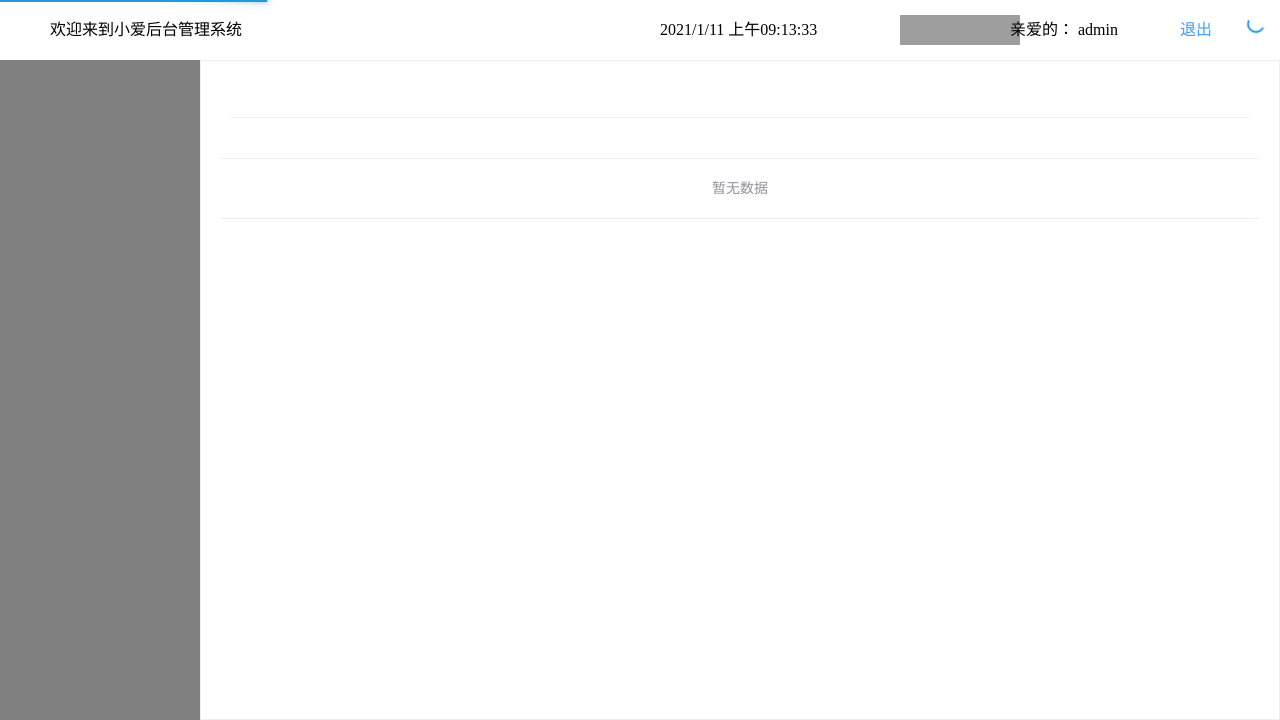
Repository: heyegang/vuex
Page: /usermanagement
An editor plug-in stored every save of this project. The page is shown before and after the next save, followed by the edit.
The browser window is 1280 px wide. The pictures show the whole page.
Pictures or frames that could not be fetched are drawn as grey boxes. The page's requests for data from a server got no answer. The project was rebuilt for these pictures with package versions that can differ from the ones it lists, and the page was loaded fresh each time. No one was signed in, and anything a server would have sent is missing. Also part of the build but not shown: vue.config.js, src/views/Home.vue, src/components/navsidebar/NavSidebar.vue, src/components/aifrom/Aifrom.vue.

Above is the page before, as saved 2021-01-11 15:11:47.

### src/main.js
import Vue from "vue";
import App from "./App.vue";
import router from "./router";
import store from "./store";
import ElementUI from "element-ui";
import "element-ui/lib/theme-chalk/index.css"

Vue.use(ElementUI)
Vue.config.productionTip = false;

new Vue({
  router,
  store,
  render: h => h(App)
}).$mount("#app");

### src/App.vue
<template>
  <div id="app">
    <router-view />
  </div>
</template>

<style lang="scss">
*{
  margin: 0;
  padding: 0;
}
html,body,#app{
  height: 100%;
}
</style>

### src/router/index.js
import Vue from "vue";
import VueRouter from "vue-router";
import Home from "../views/Home.vue";
import Layout from "../views/layout/Layout.vue";

Vue.use(VueRouter);

const routes = [
  {
   path:"",
  component:Layout,
  children:[{
    path: "/",
    name: "Home",
    component: Home
  },
  {
    path: "/usermanagement",
    name: "usermanagement",
    component: () => import('../views/usermanagement/UserManagement.vue')
  },

  ]},
  {
    path: "/login",
    name: "login",
    component: () => import('../views/login/Login.vue')
  },
];

const router = new VueRouter({
  mode: "history",
  base: process.env.BASE_URL,
  routes
});

export default router;

### src/store/index.js
import Vue from "vue";
import Vuex from "vuex";
import user from "./user";
import layout from "./layout";
import Administration from "./Administration/Administration"
Vue.use(Vuex);

export default new Vuex.Store({
  state: {
    // 存放数据
  },
  mutations: {
    // 同步修改state
  },
  actions: {},
  modules: {
    // 代表模块
    user,
    layout,
    Administration,
  }
});

### src/views/layout/Layout.vue
<template>
  <div>
    <el-container>
      <el-header>
        <nav-header></nav-header>
      </el-header>
      <el-container>
        <el-aside width="200px">
          <nav-sidebar :layouts='layouts' v-if='layouts.length>0'></nav-sidebar>
        </el-aside>
        <el-main>
          <nav-label></nav-label>
          <router-view></router-view>
        </el-main>
      </el-container>
    </el-container>
  </div>
</template>

<script>
import NavHeader from "../../components/navheader/NavHeader";
import NavSidebar from "../../components/navsidebar/NavSidebar";
import NavLabel from "../../components/navlabel/NavLabel";
import {createNamespacedHelpers} from 'vuex'
let userModule = createNamespacedHelpers('layout')
let {mapState: layoutState,mapActions: layoutActions} = userModule
export default {
  name: "",
  props: {},
  data() {
    return {
      sidebars:[]
    };
  },
  components: {
    NavHeader,
    NavSidebar,
    NavLabel,
  },
  methods: {
    ...layoutActions(['gettype'])
  },
  mounted() {
    this.gettype()
  },
  computed: {
    ...layoutState(['layouts'])
  },
  watch: {}
};
</script>

<style lang='scss' scoped>
.el-header,
.el-footer {
  line-height: 60px;
}

.el-aside {
  position: fixed;
  top: 60px;
  bottom: 0;
  background-color: gray;
}

.el-main {
  position: fixed;
  bottom: 0;
  right: 0;
  top: 60px;
  left: 200px;
  border: 1px solid #eeeeee;
}

body > .el-container {
  margin-bottom: 40px;
}

.el-container:nth-child(5) .el-aside,
.el-container:nth-child(6) .el-aside {
  line-height: 260px;
}

.el-container:nth-child(7) .el-aside {
  line-height: 320px;
}
</style>

### src/views/usermanagement/UserManagement.vue
<template>
  <div class="back">
      <!-- <el-table
      :data="Administrations"
      style="width: 100%">
      <el-table-column
        prop="username"
        label="姓名">
      </el-table-column>
      <el-table-column
        prop="role_name"
        label="角色">
      </el-table-column>
      <el-table-column
        prop="mobile"
        label="电话">
      </el-table-column>
      <el-table-column
        prop="email"
        label="邮箱">
      </el-table-column>
    </el-table> -->
    <ai-table :data="Administrations" :columns="columns"></ai-table>
  </div>
</template>

<script>
import {createNamespacedHelpers} from "vuex"
let userModule = createNamespacedHelpers('Administration')
let {mapState: AdmState,mapActions: AdmActions} = userModule
import AiForm from "../../components/aifrom/Aifrom"
import AiTable from "../../components/aitable/AiTable"
export default {
  name: '',
  props:{

  },
  data () {
    return {
      pagenum:1,
      pagesize:5,
      query:'',
      columns:[
        {
          title:'姓名',
          prop:'username',
        },
        {
          title:'角色',
           prop:'role_name',
        },
        {
          title:'电话',
           prop:'mobile',
        },
        {
          title:'邮箱',
           prop:'email',
        },
        {
          title:'状态',
           prop:'mg_state',
        },
        {
          title:'操作',
           prop:'',

        },
      ]
    }
  },
  components: {
    AiForm,
    AiTable,
  },
  methods: {
    ...AdmActions(['getusers'])
  },
  mounted() {
    this.getusers({
      query:'',
      pagenum:this.pagenum,
      pagesize:this.pagesize,
    })
  },
  computed: {
    ...AdmState(['Administrations'])
  },
  watch: {}
}
</script>

<style lang='scss' scoped>
.back{
  color: black;
}
</style>

### src/store/user.js
import { Message } from "element-ui";
import api from '../http/api';
import router from '../router'

export default {
    namespaced:true,
    // 开启命名空间

    state: {
        // 存放数据
        users:[]
      },
      mutations: {
        // 同步修改state
        setUsers(state,data){
            state.users = data
        }
      },
      actions: {
        //   发请求
        // 所有的方法
        // 登录 每一个action的方法都有两个参数 第一个是store 第二个是请求的参数
        // store可以解构为commit dispatch(提交另外一个action)
        async login(_,params){
            let res = await api.login(params)
            if(res.meta.status === 200){
                // 请求成功 存用户 跳转路由 提示用户
                localStorage.setItem('user', JSON.stringify(res.data))
                localStorage.setItem('token', res.data.token)
                Message.success('登录成功')
                router.push('/')
            } else {
                Message.error(res.meta.msg)
            }
        },
        // async getUsers({commit},params){
        //     let res = await api.getUsers(params)
        //     if(res.meta.status === 200) {
        //         commit('setUsers',res.data)
        //     }else {
        //         Message.error(res.meta.msg)
        //     }
        // } ,
      },
}

### src/store/layout.js
import api from '../http/api';
import { Message } from "element-ui";



export default {
  namespaced:true,
  state: {
    // 存放数据
    layouts:[]
  },
  mutations: {
    // 同步修改state
    setLayout(state,data){
      state.layouts = data
    }
  },
  actions: {
    async gettype({commit},params){
      let res = await api.gettype(params)
      if(res.meta.status === 200){
       console.log(res)
        commit('setLayout',res.data)
      }else {
        Message.error(res.meta.msg)
      }
    },
  },
}

### src/store/Administration/Administration.js
import { Message } from "element-ui";
import api from '../../http/api';

export default({
  namespaced:true,

  state: {
    // 存放数据
    Administrations:[]
  },
  mutations: {
    // 同步修改state
    setAdministration(state,data){
      state.Administrations = data
    }
  },
  actions: {
    async getusers({commit},params){
      let res =await api.getusers(params)
      if(res.meta.status === 200) {
        console.log(res)
        commit('setAdministration',res.data.users)
      } else {
        Message.error(res.meta.msg)
      }
    }
  },
})

### src/components/navheader/NavHeader.vue
<template>
  <div class="top">
      <div style="margin-left:30px;">
          欢迎来到小爱后台管理系统
      </div>
      <div class="box">
          {{times}}
      </div>
      <div class="weather">
          <div class="weather"><iframe scrolling="no" src="https://tianqiapi.com/api.php?style=yd&skin=pitaya" frameborder="0" width="100%" height="30" allowtransparency="true"></iframe></div>
    <!--获取天气-->
      </div>
      <div class="hello">
          亲爱的： admin
      </div>
      <div class="esc">
          退出
      </div>
  </div>
</template>

<script>
export default {
  name: '',
  props:{},
  data () {
    return {
      times:'',//格式化之后的当前时间
      currentTime: new Date() //当前时间
    }
  },
  components: {},
  methods: {
    getTimes(){
      setInterval(this.getTimesInterval, 1000);
    },
    getTimesInterval:function() {
      let _this = this;
      let year = new Date().getFullYear(); //获取当前时间的年份
      let month = new Date().getMonth() + 1; //获取当前时间的月份
      let day = new Date().getDate(); //获取当前时间的天数
      let hours = new Date().getHours(); //获取当前时间的小时
      let minutes = new Date().getMinutes(); //获取当前时间的分数
      let seconds = new Date().getSeconds(); //获取当前时间的秒数
      let hello = "";
      //当小于 10 的是时候，在前面加 0
      if (hours < 10) {
        hours = "0" + hours;
      }
      if (minutes < 10) {
        minutes = "0" + minutes;
      }
      if (seconds < 10) {
        seconds = "0" + seconds;
      }
      //一天中的时间
      if (hours > 6 && hours <13){
          hello = "上午";
      }
      if (hours > 13 && hours <18){
          hello = "下午";
      }
      if (hours > 18 && hours <24){
          hello = "晚上";
      }
      if (hours >0 && hours < 6){
          hello = "凌晨";
      }
      //拼接格式化当前时间
      _this.times = year + "/" + month + "/" + day + " " +hello+ hours + ":" + minutes + ":" + seconds;
    },
  },
  mounted() {
    this.getTimes()
  },
  computed: {},
  watch: {},
}
</script>

<style lang='scss' scoped>
.top{
    display: flex;
    position: relative;
    line-height: 60px;
}
.box{
    width: 220px;
    position: absolute;
    right: 380px;
    color: black;
}
.weather{
    width: 120px;
    position: absolute;
    right: 120px;
    top: 5px;
}
.hello{
    width: 120px;
    position: absolute;
    right: 130px;
}
.esc{
    width: 60px;
    position: absolute;
    right: 20px;
    color: #409EFF;
}
</style>

### src/components/navlabel/NavLabel.vue
<template>
  <div class="LabelBox">
  </div>
</template>

<script>
export default {
  name: '',
  props:{},
  data () {
    return {
    }
  },
  components: {},
  methods: {},
  mounted() {},
  computed: {},
  watch: {}
}
</script>

<style lang='scss' scoped>
.LabelBox{
  width: 98%;
  height: 36px;
  border-bottom: 1px solid #eee;
  margin-left: 1%;

}
</style>

### src/components/aitable/AiTable.vue
<template>
  <!-- <div>
    <ai-form></ai-form>
  </div> -->
    <el-table
      :data="data"
      style="width: 100%">
      <el-table-column
      v-for="(item,index) in columns"
      :key="index"
      :prop="item.prop"
      :label="item.label">
      </el-table-column>

    </el-table>
</template>

<script>

export default {
  name: '',
  props:{
    data:{
      type:Array,
      required:true
    },
    columns:{
      type:Array,
      required:true
    }
  },
  data () {
    return {

    }
  },
  components: {},
  methods: {},
  mounted() {},
  computed: {},
  watch: {}
}
</script>

<style lang='scss' scoped>

</style>

### src/http/api.js
import http from './index'

export default{
     login({username,password}){
        return http.post('/login',{
            username,
            password
        })
     },
    //  getUsers({pagenum,pagesize,query}){
    //      if(query){
    //          return http.get(`/users?pagenum=${pagenum}&pagesize=${pagesize}&query=${query}`)
    //      } else {
    //          return http.get(`/users?pagenum=${pagenum}&pagesize=${pagesize}`)
    //      }

    //  },
     gettype(){
         return http.get('/menus')
     },
     getusers({query,pagenum,pagesize}){
        if(query){
            return http.get(`/users?pagenum=${pagenum}&pagesize=${pagesize}&query=${query}`)
        } else {
            return http.get(`/users?pagenum=${pagenum}&pagesize=${pagesize}`)
        }
     },
}

### src/http/index.js
import axios from 'axios'
import nprogress from 'nprogress'
import 'nprogress/nprogress.css'
import {Message} from 'element-ui'

// 需要区分当前环境是开发环境(development)还是生产环境(production)
let isPro = process.env.NODE_ENV === 'productin'

const http = axios.create({
    baseURL: isPro ? '线上接口路径':'/api',
    timeout:10000
})

// 请求拦截
http.interceptors.request.use(config =>{
    nprogress.start()
    // 配置token token是鉴权的一种方式
    // 在登陆成功后 会返回当前用户的token 存在本地
    // 可用（百度：js加密插件）加密插件加密token
    let token = localStorage.getItem('token')
    // 账号密码和token分开存
    if(token){
        config.headers.Authorization = token
    }
    return config
},err =>{
    nprogress.done()
    return Promise.reject(err)
})

// 响应拦截
http.interceptors.response.use(res => {
    nprogress.done()
    return res.data
},err => {

    // 请求失败
    let status = err.response && err.response.status
    // 状态码
    if (status === 400) {
        Message.error('参数错误')
    }
    if (status === 401) {
        Message.error('没有权限')
    }
    if (status === 403) {
        Message.error('登录过期')
    }
    if (status === 404) {
        Message.error('路径错误')
    }
    if (status === 500) {
        Message.error('服务器错误')
    }
    if (status === 403) {
        Message.error('服务器在维护')
    }
    return Promise.reject(err)
})


export default http

Loaded but not shown: public/index.html (common file)

After the next save:
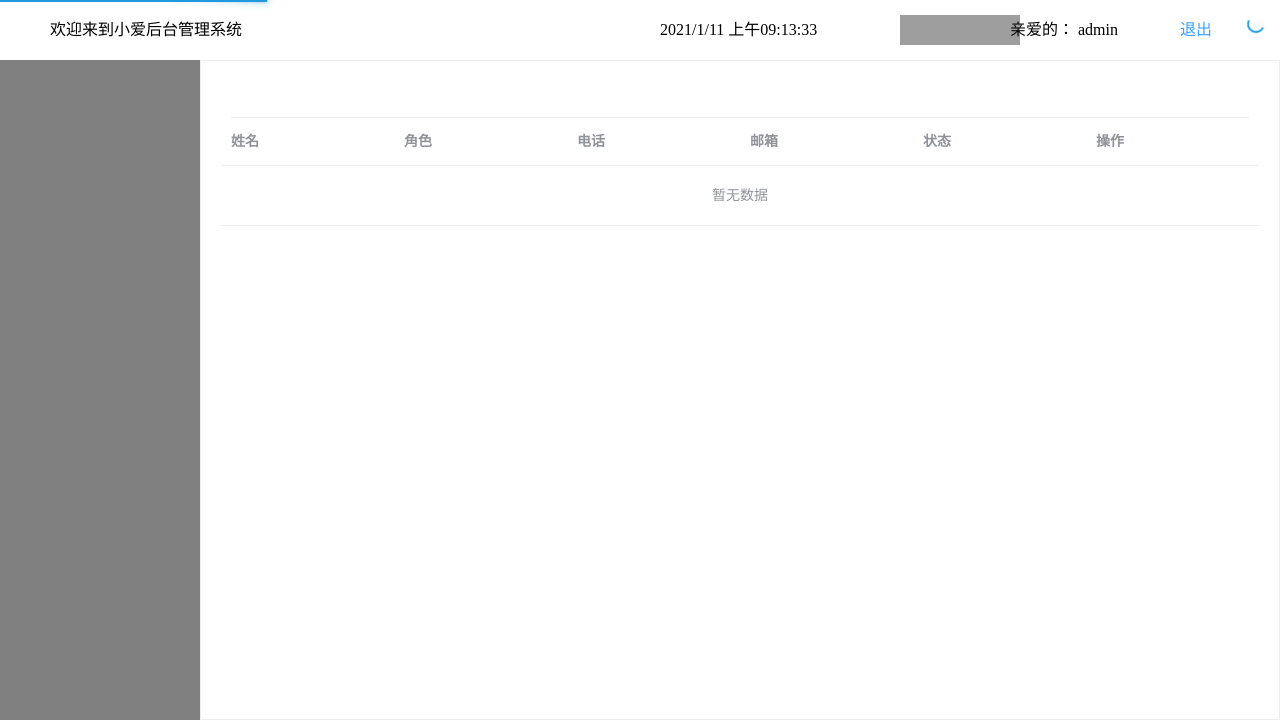
Saved 1 s later.
--- a/src/views/usermanagement/UserManagement.vue
+++ b/src/views/usermanagement/UserManagement.vue
@@ -42,27 +42,27 @@ export default {
       query:'',
       columns:[
         {
-          title:'姓名',
+          label:'姓名',
           prop:'username',
         },
         {
-          title:'角色',
+          label:'角色',
            prop:'role_name',
         },
         {
-          title:'电话',
+          label:'电话',
            prop:'mobile',
         },
         {
-          title:'邮箱',
+          label:'邮箱',
            prop:'email',
         },
         {
-          title:'状态',
+          label:'状态',
            prop:'mg_state',
         },
         {
-          title:'操作',
+          label:'操作',
            prop:'',
 
         },
